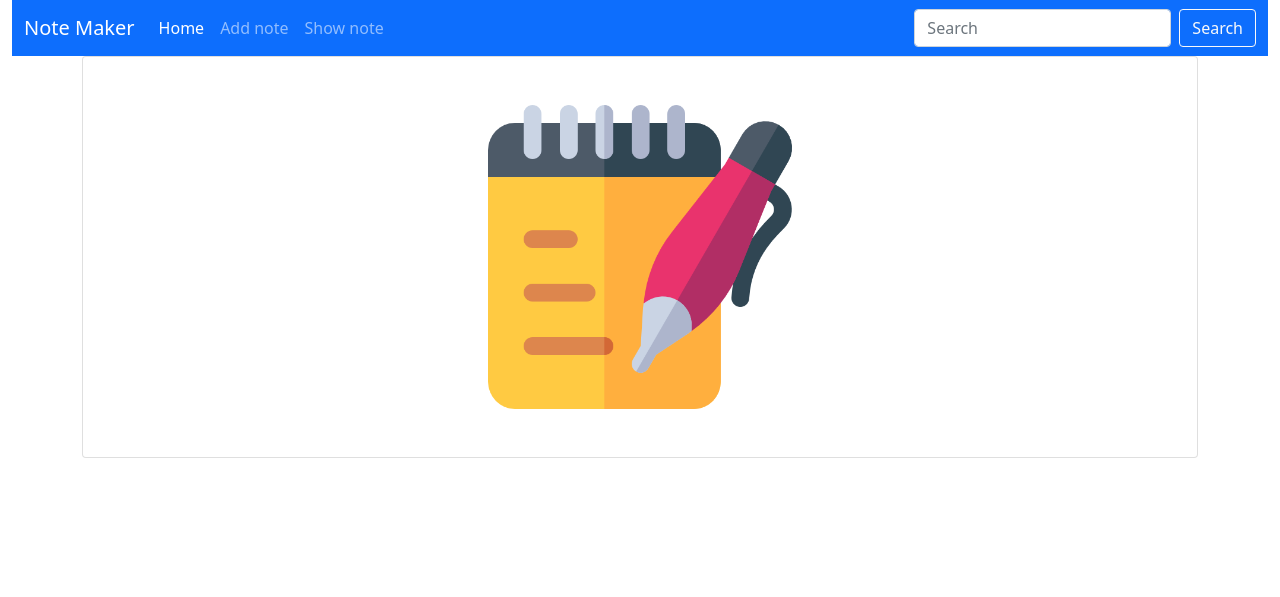
Repository: sachin1830/hibernateproject
Page: http://localhost/com.todolist/
The author's editor kept a copy of each file at every save. The page is drawn from the files as they stood at one save, then again after the next save.
The browser window is 1280 px wide. The pictures show the whole page.
Some web libraries are served in a nearby version. The page is served by Tomcat 9. Other server files are loaded and not shown.

Above is the page before, as saved 2021-01-23 05:57:45.

### com.todolist/src/main/webapp/index.jsp
<!doctype html>
<html lang="en">
  <head>
    <!-- Required meta tags -->
    <meta charset="utf-8">
    <meta name="viewport" content="width=device-width, initial-scale=1">

    <!-- Bootstrap CSS -->
    <link href="https://cdn.jsdelivr.net/npm/bootstrap@5.0.0-beta1/dist/css/bootstrap.min.css" rel="stylesheet" integrity="sha384-giJF6kkoqNQ00vy+HMDP7azOuL0xtbfIcaT9wjKHr8RbDVddVHyTfAAsrekwKmP1" crossorigin="anonymous">

    <title>Todolist</title>
  </head>
  <body>
  	<div class="container-fluid">
  		<%@include file="navbar.jsp" %>
  	</div>
  	<div class="container">
  		<div class="card">
  			<img src="img/notes.png" alt="image not found" style="max-width:400px" class="img-fluid mx-auto p-5">
  		</div>
  	</div>

    <script src="https://cdn.jsdelivr.net/npm/bootstrap@5.0.0-beta1/dist/js/bootstrap.bundle.min.js" integrity="sha384-ygbV9kiqUc6oa4msXn9868pTtWMgiQaeYH7/t7LECLbyPA2x65Kgf80OJFdroafW" crossorigin="anonymous"></script>
    <script src="https://cdn.jsdelivr.net/npm/@popperjs/core@2.5.4/dist/umd/popper.min.js" integrity="sha384-q2kxQ16AaE6UbzuKqyBE9/u/KzioAlnx2maXQHiDX9d4/zp8Ok3f+M7DPm+Ib6IU" crossorigin="anonymous"></script>
    <script src="https://cdn.jsdelivr.net/npm/bootstrap@5.0.0-beta1/dist/js/bootstrap.min.js" integrity="sha384-pQQkAEnwaBkjpqZ8RU1fF1AKtTcHJwFl3pblpTlHXybJjHpMYo79HY3hIi4NKxyj" crossorigin="anonymous"></script>

  </body>
</html>

### com.todolist/src/main/webapp/navbar.jsp
<nav class="navbar navbar-expand-lg navbar-dark bg-primary">
  <div class="container-fluid">
    <a class="navbar-brand" href="index.jsp">Note Maker</a>
    <button class="navbar-toggler" type="button" data-bs-toggle="collapse" data-bs-target="#navbarSupportedContent" aria-controls="navbarSupportedContent" aria-expanded="false" aria-label="Toggle navigation">
      <span class="navbar-toggler-icon"></span>
    </button>
    <div class="collapse navbar-collapse" id="navbarSupportedContent">
      <ul class="navbar-nav me-auto mb-2 mb-lg-0">

        <li class="nav-item">
          <a class="nav-link active" aria-current="page" href="index.jsp">Home</a>
        </li>
        <li class="nav-item">
          <a class="nav-link" href="add_note.jsp">Add note </a>
        </li>
         <li class="nav-item">
          <a class="nav-link" href="all_note.jsp">Show note </a>
        </li>

      </ul>
      <form class="d-flex">
        <input class="form-control me-2" type="search" placeholder="Search" aria-label="Search">
        <button class="btn btn-outline-light" type="submit">Search</button>
      </form>
    </div>
  </div>
</nav>

After the next save:
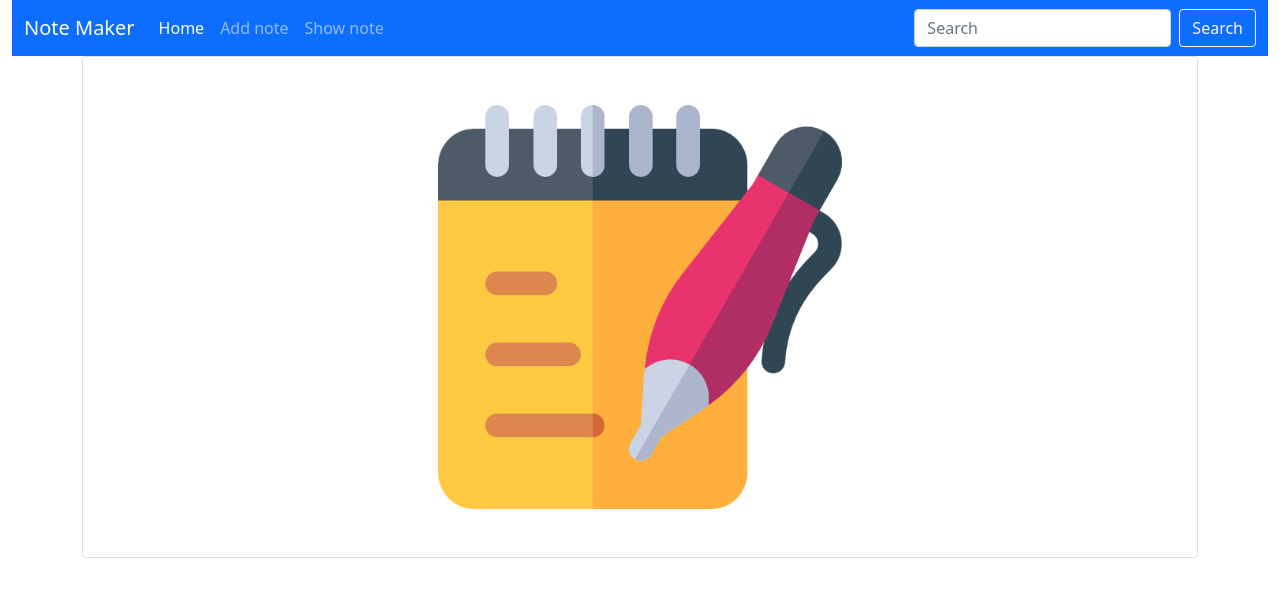
Saved 8 s later.
--- a/com.todolist/src/main/webapp/index.jsp
+++ b/com.todolist/src/main/webapp/index.jsp
@@ -16,7 +16,7 @@
   	</div>
   	<div class="container">
   		<div class="card">
-  			<img src="img/notes.png" alt="image not found" style="max-width:400px" class="img-fluid mx-auto p-5">
+  			<img src="img/notes.png" alt="image not found" style="max-width:500px" class="img-fluid mx-auto p-5">
   		</div>
   	</div>
 
